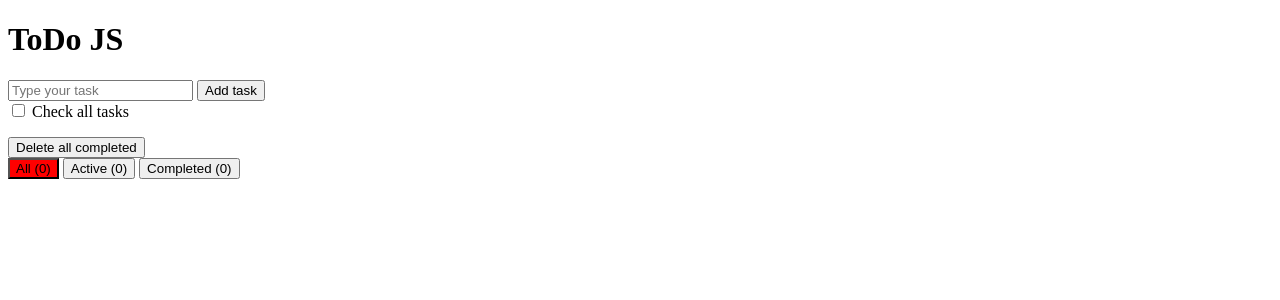
Repository: mklyagin/klyagin_todojs
Page: index.html
The author's editor kept a copy of each file at every save. The page is drawn from the files as they stood at one save, then again after the next save.
The browser window is 1280 px wide. The pictures show the whole page.

Above is the page before, as saved 2024-02-27 15:32:19.

### index.html
<!DOCTYPE html>
<html lang="en">
  <head>
    <meta charset="UTF-8">
    <meta name="viewport" content="width=device-width, initial-scale=1.0">
    <title>ToDo JS</title>
    <link rel="stylesheet" href="./style.css">
  </head>
  <body>
    <h1>ToDo JS</h1>
    <input id="enter-task-input" placeholder="Type your task">
    <button type="button" id="add-task-button">Add task</button>
    <div>
      <input type="checkbox" id="check-all-checkbox">
      <span>Check all tasks</span>
    </div>
    <ul id="task-list"></ul>
    <button type="button" id="delete-all-completed-button">
      Delete all completed
    </button>
    <div id="tabulation">
      <button id="show-all" class="active">All (0)</button>
      <button id="show-active">Active (0)</button>
      <button id="show-completed">Completed (0)</button>
    </div>
    <div id="pagination"></div>
    <script src="./script.js"></script>
  </body>
</html>

### style.css

.hidden-element {
  display: none;
}

.active {
  background: red;
}

### script.js
const buttonTaskAdd = document.querySelector('#add-task-button');
const inputTask = document.querySelector('#enter-task-input');
const ulTask = document.querySelector('#task-list');
const checkAllCheckbox = document.querySelector('#check-all-checkbox');
const deleteAllCompletedButton = document.querySelector('#delete-all-completed-button');
const tabulationDiv = document.querySelector('#tabulation');
const paginationDiv = document.querySelector('#pagination');

const ENTER_KEY = 'Enter';
const ESCAPE_KEY = 'Escape';
const QUANTITY_OF_TASKS = 5;

let taskList = [];
let taskListPages = [[]];
let filterType = 0;
let currentPage = 0;

const strValidation = (inputStr) => inputStr.replace(/[!@#$%^&*()'"`<>;:]/g, '');

const checkAllTaskStates = () => {
  checkAllCheckbox.checked = taskList.length
    ? (taskList.every((task) => task.isDone))
    : false;
};

const listToPages = (currentList) => {
  taskListPages = [[]];
  let index = 0;
  currentList.forEach((task) => {
    if (taskListPages[index].length === QUANTITY_OF_TASKS) {
      taskListPages.push([]);
      index += 1;
    }
    taskListPages[index].push(task);
  });
};

const taskFilter = (currentList) => {
  switch (filterType) {
    case (0):
      return currentList;
    case (1):
      currentList = currentList.filter((task) => !task.isDone);
      return currentList;
    case (2):
      currentList = currentList.filter((task) => task.isDone);
      return currentList;
    default:
      return undefined;
  }
};

const taskValidation = () => {
  taskList.forEach((task) => {
    task.title = task.title.trim();
  });
  taskList = taskList.filter((task) => task.title.length);
};
const taskFilterCounter = () => {
  const counter = {
    total: taskList.length,
    active: (taskList.filter((task) => !task.isDone)).length,
    completed: (taskList.filter((task) => task.isDone)).length,
  };

  return counter;
};

const taskRender = (isAdding) => {
  let listOfTasks = '';
  let prePaginationList = '';
  let currentList = [];
  taskValidation();
  currentList = taskFilter(taskList);
  listToPages(currentList);
  if (isAdding) {
    currentPage = taskListPages.length - 1;
  }
  taskListPages[currentPage].forEach((task) => {
    listOfTasks
    += `<li id=${task.id}>
    <input type="checkbox" class="check-task" ${task.isDone ? 'checked' : ''}>
    <span class="task-title">${task.title}</span>
    <input hidden class="edit-task" id=${task.id} value=${task.title} >
    <button type="button" class="delete-task">X</button>
    </li>`;
  });
  ulTask.innerHTML = listOfTasks;
  checkAllTaskStates();
  const tabNumbers = taskFilterCounter();
  for (let index = 0; index < 3; index += 1) {
    if (index === filterType) {
      tabulationDiv.children[index].classList.add('active');
    } else {
      tabulationDiv.children[index].classList.remove('active');
    }
  }
  tabulationDiv.children[0].innerHTML = `All (${tabNumbers.total})`;
  tabulationDiv.children[1].innerHTML = `Active (${tabNumbers.active})`;
  tabulationDiv.children[2].innerHTML = `Completed (${tabNumbers.completed})`;
  for (let i = 0; i < taskListPages.length; i += 1) {
    prePaginationList += `<button class="page-number ${(i === currentPage ? 'active' : '')}">${i + 1}</button>`;
  }
  paginationDiv.innerHTML = prePaginationList;
};

const setPage = (event) => {
  if (event.target.classList.contains('page-number')) {
    currentPage = event.target.innerHTML - 1;
  }
  taskRender();
};

const addTask = () => {
  const task = {
    id: Date.now(),
    title: strValidation(inputTask.value),
    isDone: false,
  };

  taskList.push(task);
  inputTask.value = '';
  taskRender(true);
};

const editVisibilityToggle = (target) => {
  target.hidden = !target.hidden;
  if (target.className === 'task-title') {
    target.nextElementSibling.hidden = !target.nextElementSibling.hidden;
    target.nextElementSibling.focus();
  } else {
    target.previousElementSibling.hidden = !target.previousElementSibling.hidden;
  }
};

const editMode = (event) => {
  if (event.target.className === 'edit-task') {
    if (event.key === ESCAPE_KEY) {
      taskRender();
    } else if (event.key === ENTER_KEY || (event.type === 'blur' && event.sourceCapabilities)) {
      event.target.value = event.target.value.trim();
      if (!event.target.value.length) {
        taskRender();
      } else {
        editVisibilityToggle(event.target.previousElementSibling);
        taskList.forEach((task) => {
          if (task.id === Number(event.target.id)) {
            task.title = strValidation(event.target.value);
          }
        });
        taskRender();
      }
    }
  }
};

const eventUlHandlerListener = (event) => {
  const eventTaskID = Number(event.target.parentNode.id);
  const elemClass = event.target.className;
  if (elemClass === 'check-task') {
    taskList.forEach((task) => {
      if (task.id === eventTaskID) {
        task.isDone = event.target.checked;
      }
      checkAllTaskStates();
    });
    taskRender();
  } else if (elemClass === 'delete-task' && event.type === 'click') {
    taskList = taskList.filter((task) => task.id !== eventTaskID);
    taskRender();
  } else if (elemClass === 'task-title' && event.detail === 2) {
    editVisibilityToggle(event.target);
  }
};

const inputTaskListener = (event) => {
  if (event.key === ENTER_KEY) {
    addTask();
    inputTask.blur();
  }
};

const deleteCompleted = () => {
  taskList = taskList.filter((task) => !task.isDone);
  taskRender();
};

const checkAll = () => {
  taskList.forEach((task) => {
    task.isDone = checkAllCheckbox.checked;
  });
  taskRender();
};

const paginationCounter = (totalNumber) => {
  switch (totalNumber) {
    case 0:
      return 0;
    case totalNumber < 0:
      return console.log('pagination counter returned num < 0');
    default:
      return (Math.ceil(totalNumber / 5) - 1);
  }
};

const tabulationListener = (event) => {
  const tabNumbers = taskFilterCounter();
  switch (event.target.id) {
    case ('show-all'):
      filterType = 0;
      currentPage = paginationCounter(tabNumbers.total);
      taskRender();
      break;
    case ('show-active'):
      filterType = 1;
      currentPage = paginationCounter(tabNumbers.active);
      taskRender();
      break;
    case ('show-completed'):
      filterType = 2;
      currentPage = paginationCounter(tabNumbers.completed);
      taskRender();
      break;
    default:
      break;
  }
};

ulTask.addEventListener('click', eventUlHandlerListener);
ulTask.addEventListener('blur', editMode, true);
ulTask.addEventListener('keydown', editMode);
buttonTaskAdd.addEventListener('click', addTask);
inputTask.addEventListener('keydown', inputTaskListener);
deleteAllCompletedButton.addEventListener('click', deleteCompleted);
checkAllCheckbox.addEventListener('click', checkAll);
tabulationDiv.addEventListener('click', tabulationListener);
paginationDiv.addEventListener('click', setPage);

After the next save:
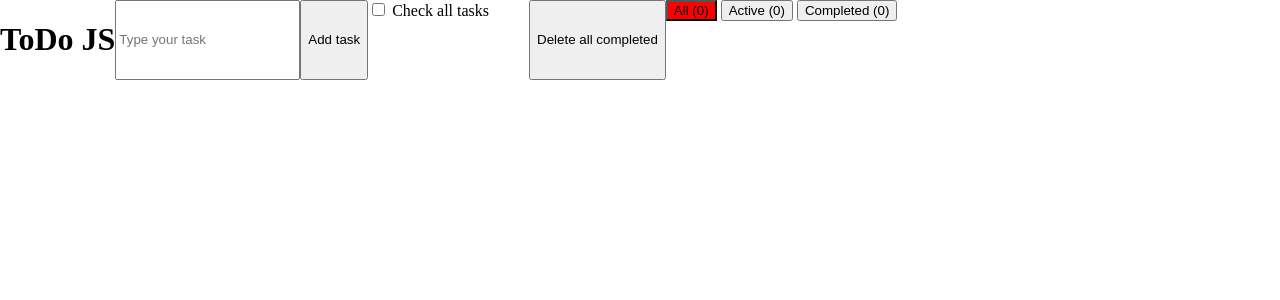
Saved 114 s later.
--- a/style.css
+++ b/style.css
@@ -1,3 +1,8 @@
+
+body {
+  display: flex;
+  margin: auto;
+}
 
 .hidden-element {
   display: none;
